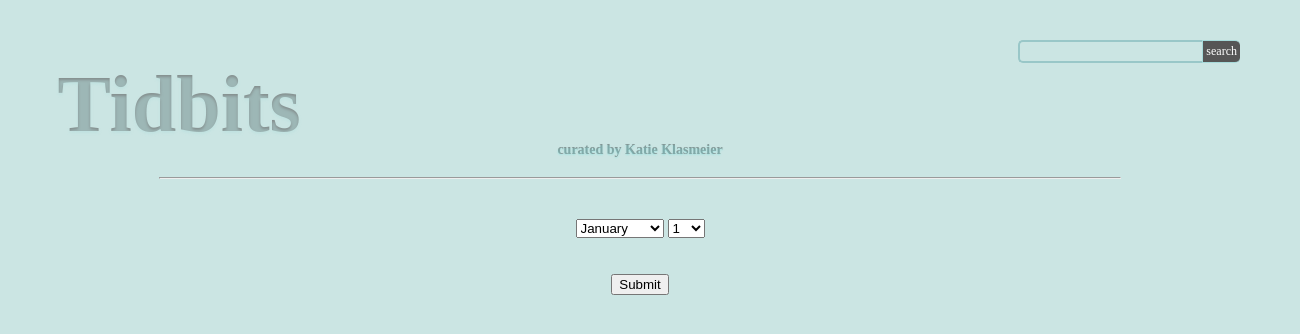
Repository: kklasmei/kklasmei.github.io
Page: tidbits/home.html
The author's editor kept a record of every edit. The page is drawn from the files as they stood at one moment, then again after the next edit.
The browser window is 1280 px wide. The page is 1300 px wide, then 1280 px, so the pictures cover 1300 px, including what lies to the right of the window. The pictures show the whole page.

Above is the page before.

### tidbits/home.html
<html>
    <head>
        <title>Tidbits</title>
        <link rel="stylesheet" href="tidbits.css">
    </head>
    <body>
        	<div id="search">
		<form id="searchbody" method="get" action="http://kklasmei.github.io/tidbits/home.html?q=Katie">
		        <input type="text" class="bar" name="q" size="21" maxlength="120"><input type="submit" value="search" class="button">
		</form>
	<div class="tfclear"></div>
	</div>

        <h1> Tidbits </h1>
        <h2> curated by Katie Klasmeier </h2>
        <hr>
<div class= "date">
    <div class= "month"><select name="month">
    	<option value="1">January
    	<option value="2">February
    	<option value="3">March
    	<option value="4">April
    	<option value="5">May
    	<option value="6">June
    	<option value="7">July
    	<option value="8">August
    	<option value="9">September
    	<option value="10">October
    	<option value="11">November
    	<option value="12">December
    </select></div>

    <div class= "day"><select name="day">
    	<option value="1">1
    	<option value="2">2
    	<option value="3">3
    	<option value="4">4
    	<option value="5">5
    	<option value="6">6
    	<option value="7">7
    	<option value="8">8
    	<option value="9">9
    	<option value="10">10
    	<option value="11">11
    	<option value="12">12
    	<option value="13">13
    	<option value="14">14
    	<option value="15">15
    	<option value="16">16
    	<option value="17">17
    	<option value="18">18
    	<option value="19">19
    	<option value="20">20
    	<option value="21">21
    	<option value="22">22
    	<option value="23">23
    	<option value="24">24
    	<option value="25">25
    	<option value="26">26
    	<option value="27">27
    	<option value="28">28
    	<option value="29">29
    	<option value="30">30
    	<option value="31">31
    </select></div>
</div>
    	<br>
    	<br>

    <div class="submit"><input type="submit" value="Submit"></div>



    </body>
</html>

### tidbits/tidbits.css
h1 {
    text-align: center;
    font-size: 80;
    margin: -20;
    font-family: Archer;
    padding-top: -50px;
    opacity: .6;
    background-color: #565656;
    color: transparent;
    text-shadow: 0px 2px 3px rgba(167,219,219,.5);
  -webkit-background-clip: text;
     -moz-background-clip: text;
          background-clip: text;
}

h2 {
    text-align: center;
    font-size: 14;
    font-family: Archer;
    opacity: .6;
    background-color: #565656;
    padding-bottom: 8;
    color: transparent;
    text-shadow: 0px 1px 2px rgba(68,219,219,.5);
  -webkit-background-clip: text;
     -moz-background-clip: text;
          background-clip: text;
}

body {
    background: #cbe5e3;
    margin: 0;
    padding: 0;
}

hr {
    margin-bottom: 40;
    width: 75%;
    color: #44dbdb;
    display: block;
    height: 0;
}

.submit {
    text-align: center;
}

.month, .day {
    display: inline;
}

.date {
    text-align: center;
}

#searchbody {
	float: right;
	padding-top: 40px;
	padding-right: 40;
	margin-left: 50%;
}

.bar {
		margin: 0;
		padding: 2px 10px;
		font-family: Archer;
		font-size: 12px;
		border: 2px solid #99c7c8; border-right:0px;
		border-top-left-radius: 5px 5px;
		border-bottom-left-radius: 5px 5px;
		background-color: transparent;
}

.button {
		margin: 0;
		padding: 3px 3px;
		font-family: Archer;
		font-size: 12px;
		cursor: pointer;
		text-align: center;
		text-decoration: none;
		color: #ffffff;
		border: solid 1px #a7dbdb; border-right:0px;
		background: #a7dbdb;
		background: -webkit-gradient(linear, left top, left bottom, from(#565656), to(#565656));
		background: -moz-linear-gradient(top,  #00adee,  #0078a5);
		border-top-right-radius: 5px 5px;
		border-bottom-right-radius: 5px 5px;
	}
	.tfbutton:hover {
		text-decoration: none;
		background: #565656;
		background: -webkit-gradient(linear, left top, left bottom, from(#0095cc), to(#00678e));
		background: -moz-linear-gradient(top,  #0095cc,  #00678e);
	}
	/* Fixes submit button height problem in Firefox */
	.tfbutton::-moz-focus-inner {
	  border: 0;
	}
	.tfclear{
		clear:both;
	}

After the next edit:
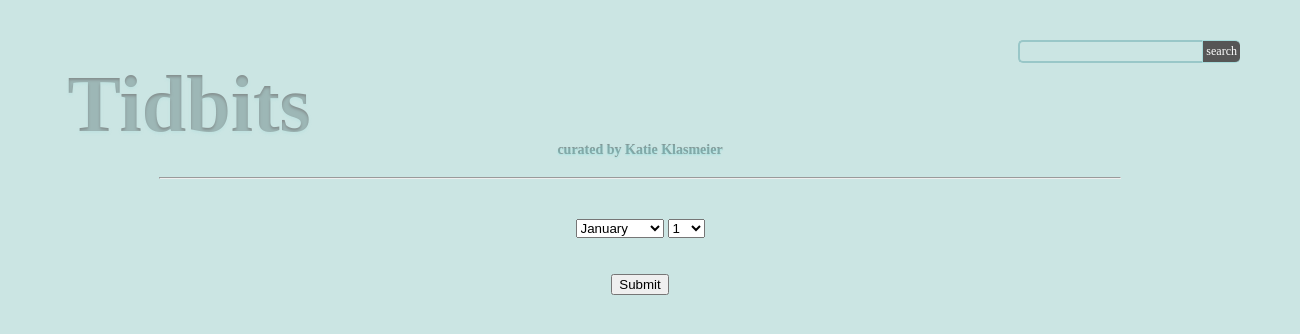
The edit:
--- a/tidbits/tidbits.css
+++ b/tidbits/tidbits.css
@@ -1,7 +1,8 @@
 h1 {
     text-align: center;
     font-size: 80;
-    margin: -20;
+    margin-top: -20;
+    margin-bottom: -20;
     font-family: Archer;
     padding-top: -50px;
     opacity: .6;
